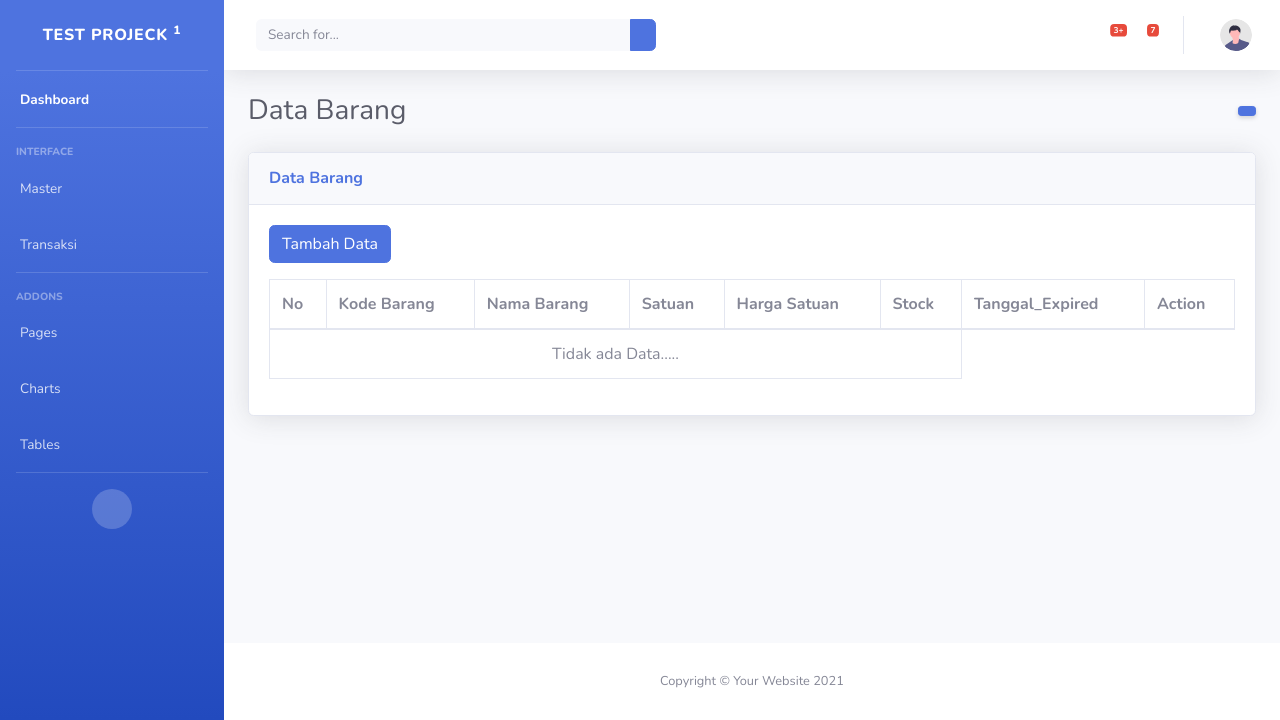
Repository: sellayspy/laravel123
Page: http://localhost/barangs
An editor plug-in stored every save of this project. The page is shown before and after the next save, followed by the edit.
The browser window is 1280 px wide. The pictures show the whole page.
The page is served by the project's Laravel application, run on PHP 8.4 with Laravel 10. Queries for data that is not in the repository find no rows.

Above is the page before, as saved 2023-10-30 11:30:37.
Console error: ReferenceError: jQuery is not defined

After the next save:
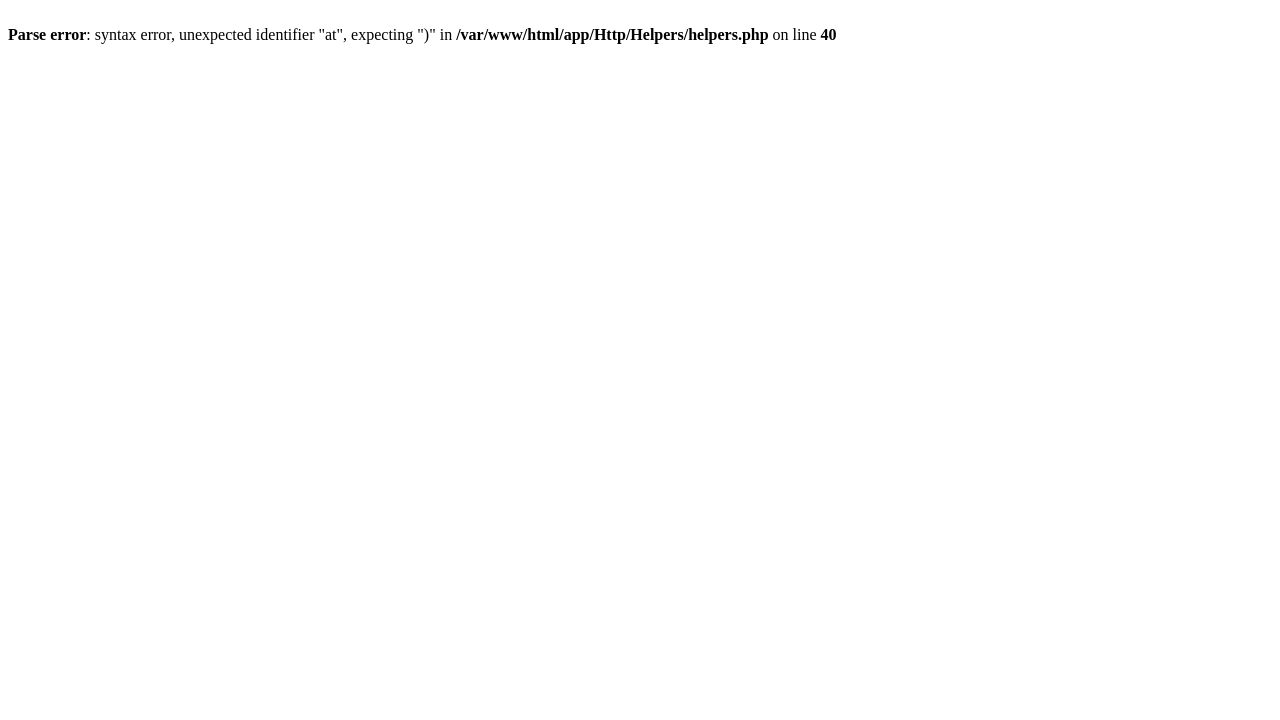
The error is gone.
Saved 10 min 26 s later.
--- a/app/Http/Helpers/helpers.php
+++ b/app/Http/Helpers/helpers.php
@@ -33,3 +33,11 @@ function terbilang ($angka)  {
 
     return $terbilang;
 }
+
+function tanggal_indonesia($tgl,$tampil_hari = true)
+{
+    $nama_hari = array(
+        'Minggu','Senin','Selasa','Rabu','Kamis','Jum'at,'Sabtu');
+    $nama_bulan = array(1 =>
+        'Januari','Februari','Maret','April','Mei','Juni','Juli','Agustus','September','Oktober','November','Desember');
+}
